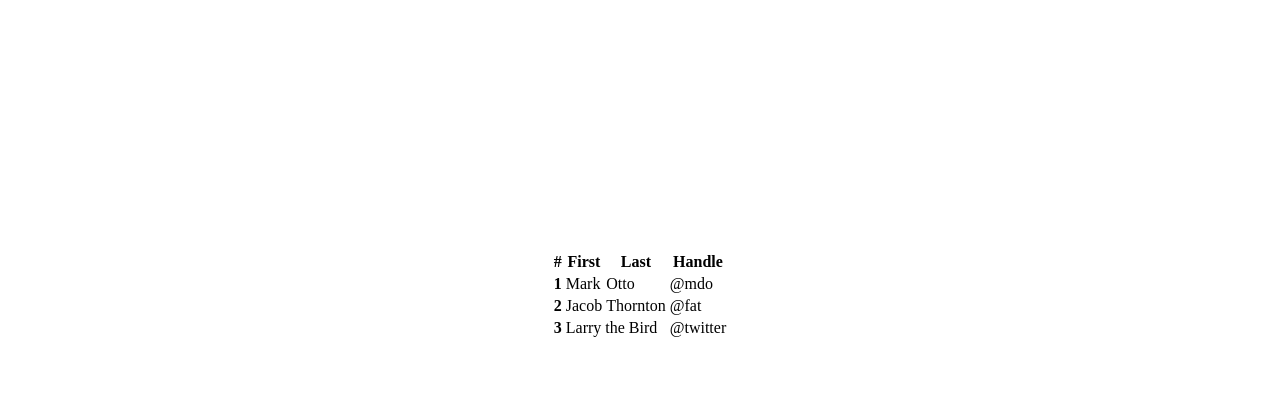
Repository: 72-faisal/work_to_do
Page: http://localhost/Khajina_Doctor/Show_appointment.jsp
The author's editor kept a copy of each file at every save. The page is drawn from the files as they stood at one save, then again after the next save.
The browser window is 1280 px wide. The pictures show the whole page.
The page is served by Tomcat 9. Other server files are loaded and not shown.

Above is the page before, as saved 2023-04-14 19:46:11.

### Khajina_Doctor/Khajina_Doctor/src/main/webapp/Show_appointment.jsp
<%@ page language="java" contentType="text/html; charset=ISO-8859-1"
    pageEncoding="ISO-8859-1"%>
<!DOCTYPE html>
<html>
<head>
<meta charset="ISO-8859-1">

<title>Insert title here</title>



</head>

<body>

<table class="center" style="margin: 250px auto;">
  <thead>
    <tr>
      <th scope="col">#</th>
      <th scope="col">First</th>
      <th scope="col">Last</th>
      <th scope="col">Handle</th>
    </tr>
  </thead>
  <tbody>
    <tr>
      <th scope="row">1</th>
      <td>Mark</td>
      <td>Otto</td>
      <td>@mdo</td>
    </tr>
    <tr>
      <th scope="row">2</th>
      <td>Jacob</td>
      <td>Thornton</td>
      <td>@fat</td>
    </tr>
    <tr>
      <th scope="row">3</th>
      <td colspan="2">Larry the Bird</td>
      <td>@twitter</td>
    </tr>
  </tbody>
</table>

</body>
</html>

After the next save:
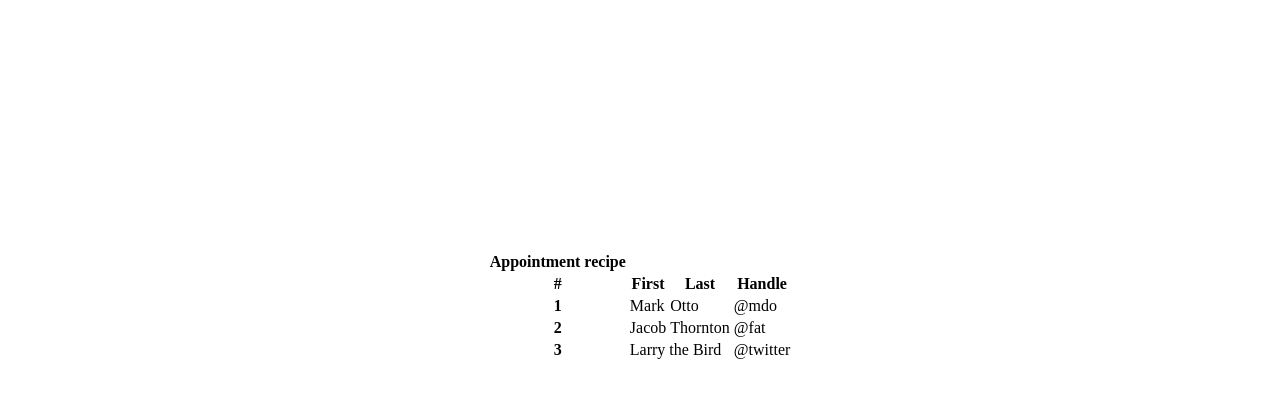
Saved 64 s later.
--- a/Khajina_Doctor/Khajina_Doctor/src/main/webapp/Show_appointment.jsp
+++ b/Khajina_Doctor/Khajina_Doctor/src/main/webapp/Show_appointment.jsp
@@ -15,6 +15,7 @@
 
 <table class="center" style="margin: 250px auto;">
   <thead>
+  <th> Appointment recipe</th>
     <tr>
       <th scope="col">#</th>
       <th scope="col">First</th>
